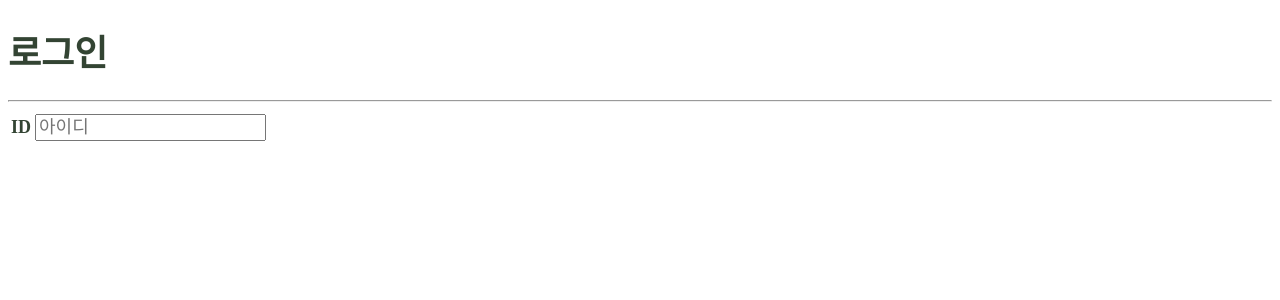
Repository: Umkimisstrong/UM_SpringMVCStudy
Page: http://localhost/mvc04/LoginForm.jsp
The author's editor kept a copy of each file at every save. The page is drawn from the files as they stood at one save, then again after the next save.
The browser window is 1280 px wide. The pictures show the whole page.
The page is served by Tomcat 9.

Above is the page before, as saved 2022-06-02 00:37:44.

### mvc04/WebContent/LoginForm.jsp
<%@ page contentType="text/html; charset=UTF-8"%>
<%@ taglib prefix="c" uri="http://java.sun.com/jsp/jstl/core"%>
<%
	request.setCharacterEncoding("UTF-8");
	String cp = request.getContextPath();
%>
<!DOCTYPE html>
<html>
<head>
<meta charset="UTF-8">
<title>LoginForm.jsp</title>
<link rel="stylesheet" type="text/css" href="css/main.css">
</head>
<body>

<!-- ===========================
      LoginForm.jsp
      - 관리자, 일반사원 로그인 폼 페이지
      - ID(employeeId), PW(ssn2) 입력.
============================= -->

<div>

	<div>
		<h1>로그인</h1>
		<hr />
	</div>

	<!-- 콘텐츠 영역 -->
	<div id="content">

		<form action="" method="post" id="loginForm">
			<table>
				<tr>
					<th>ID</th>
					<td>
						<input type="text" id="id" name="id" placeholder="아이디"/>
					</td>
				</tr>
			</table>
		</form>
	</div>



</div>










</body>
</html>

### mvc04/WebContent/css/main.css
@charset "UTF-8";

/* ========================
	#16 main.css
	- 기본 스타일 지정
======================== */

body, p, div, span, input, table, th, td, select, textarea
{
	font-size: 18px;
	font-family: 맑은 고딕;
	color: #343;

}
a
{
	text-decoration: none;
	color: gray;
}

a:hover
{
	text-decoration: underline;
	color: red;

}
.table
{
	border-collapse: collapse;
	width: 100%;
}
.table th, .table td
{
	border: 1px solid gray;
	border-left: 0px;
	border-right: 0px;

	padding: 3px;
	line-height: 150%;
	text-align: center;
}


.table th
{
	font-weight: bold;
	background-color: #eee;
}

.table td
{
	font-size: 12pt;
}

.btn
{
	cursor: pointer;
	font-family: 맑은 고딕;
	font-weight: bold;
}

.btn:hover
{
	color: #ffffff;
	background-color: #008000;
}

After the next save:
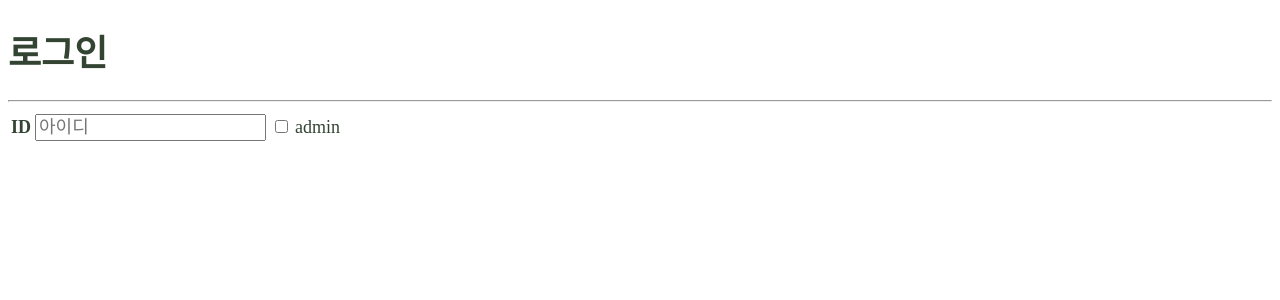
Saved 38 s later.
--- a/mvc04/WebContent/LoginForm.jsp
+++ b/mvc04/WebContent/LoginForm.jsp
@@ -35,6 +35,8 @@
 					<th>ID</th>
 					<td>
 						<input type="text" id="id" name="id" placeholder="아이디"/>
+						<input type="checkbox" id="admin" name="admin" value="0" />
+							<label for="admin">admin</label>
 					</td>
 				</tr>
 			</table>
